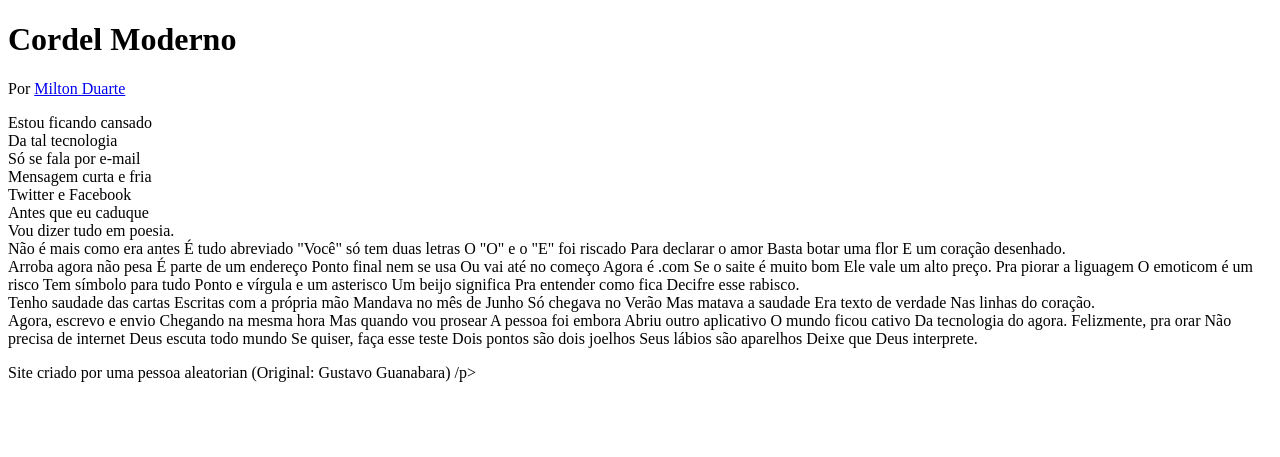
Repository: Codigo404q/html-css
Page: AHAHAHAHAHAHAHHHHHHHHHAHAHAHAHAHAHHAHAH/d012/index.html
These files come from the project's save history. The page is drawn as it stood at one moment and after a run of saves; the edit follows.
The browser window is 1280 px wide. The pictures show the whole page.

Above is the page before, as saved 2024-01-07 22:41:10.

### AHAHAHAHAHAHAHHHHHHHHHAHAHAHAHAHAHHAHAH/d012/index.html
<!DOCTYPE html>
<html lang="pt-br">
<head>
    <meta charset="UTF-8">
    <meta name="viewport" content="width=device-width, initial-scale=1.0">
    <title>Codel moderno</title>
</head>
<body>
        <header>
            <h1>Cordel Moderno</h1>
            <p>Por <a href="https://www.recantodasletras.com.br/poesias/3186743" target="_blank">Milton Duarte</a></p>

        </header>

    <section>
        Estou ficando cansado <br>
        Da tal tecnologia <br>
        Só se fala por e-mail <br>
        Mensagem curta e fria <br>
        Twitter e Facebook <br>
        Antes que eu caduque <br>
        Vou dizer tudo em poesia.
    </section>



    <section>
        Não é mais como era antes
        É tudo abreviado
        "Você" só tem duas letras
        O "O" e o "E" foi riscado
        Para declarar o amor
        Basta botar uma flor
        E um coração desenhado.
    </section>


    <section>
        Arroba agora não pesa
        É parte de um endereço
        Ponto final nem se usa
        Ou vai até no começo
        Agora é .com
        Se o saite é muito bom
        Ele vale um alto preço.

        Pra piorar a liguagem
        O emoticom é um risco
        Tem símbolo para tudo
        Ponto e vírgula e um asterisco
        Um beijo significa
        Pra entender como fica
        Decifre esse rabisco.
    </section>



    <section>
        Tenho saudade das cartas
        Escritas com a própria mão
        Mandava no mês de Junho
        Só chegava no Verão
        Mas matava a saudade
        Era texto de verdade
        Nas linhas do coração.
    </section>



    <section>
        Agora, escrevo e envio
        Chegando na mesma hora
        Mas quando vou prosear
        A pessoa foi embora
        Abriu outro aplicativo
        O mundo ficou cativo
        Da tecnologia do agora.

        Felizmente, pra orar
        Não precisa de internet
        Deus escuta todo mundo
        Se quiser, faça esse teste
        Dois pontos são dois joelhos
        Seus lábios são aparelhos
        Deixe que Deus interprete.
    </section>

    <footer>
        <p>Site criado por uma pessoa aleatorian (Original: Gustavo Guanabara) /p>
    </footer>
</body>
</html>

After the next 2 saves:
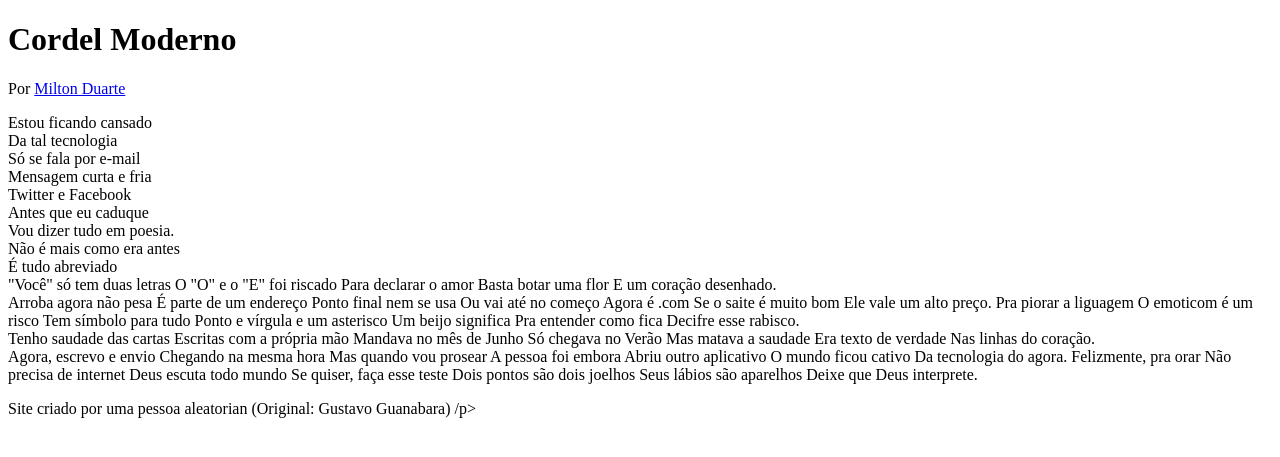
The 2 saves are shown as one change because they came seconds apart.
The last was saved 15 s later.
--- a/AHAHAHAHAHAHAHHHHHHHHHAHAHAHAHAHAHHAHAH/d012/index.html
+++ b/AHAHAHAHAHAHAHHHHHHHHHAHAHAHAHAHAHHAHAH/d012/index.html
@@ -25,8 +25,8 @@
 
 
     <section>
-        Não é mais como era antes
-        É tudo abreviado
+        Não é mais como era antes <br>
+        É tudo abreviado <br>
         "Você" só tem duas letras
         O "O" e o "E" foi riscado
         Para declarar o amor
